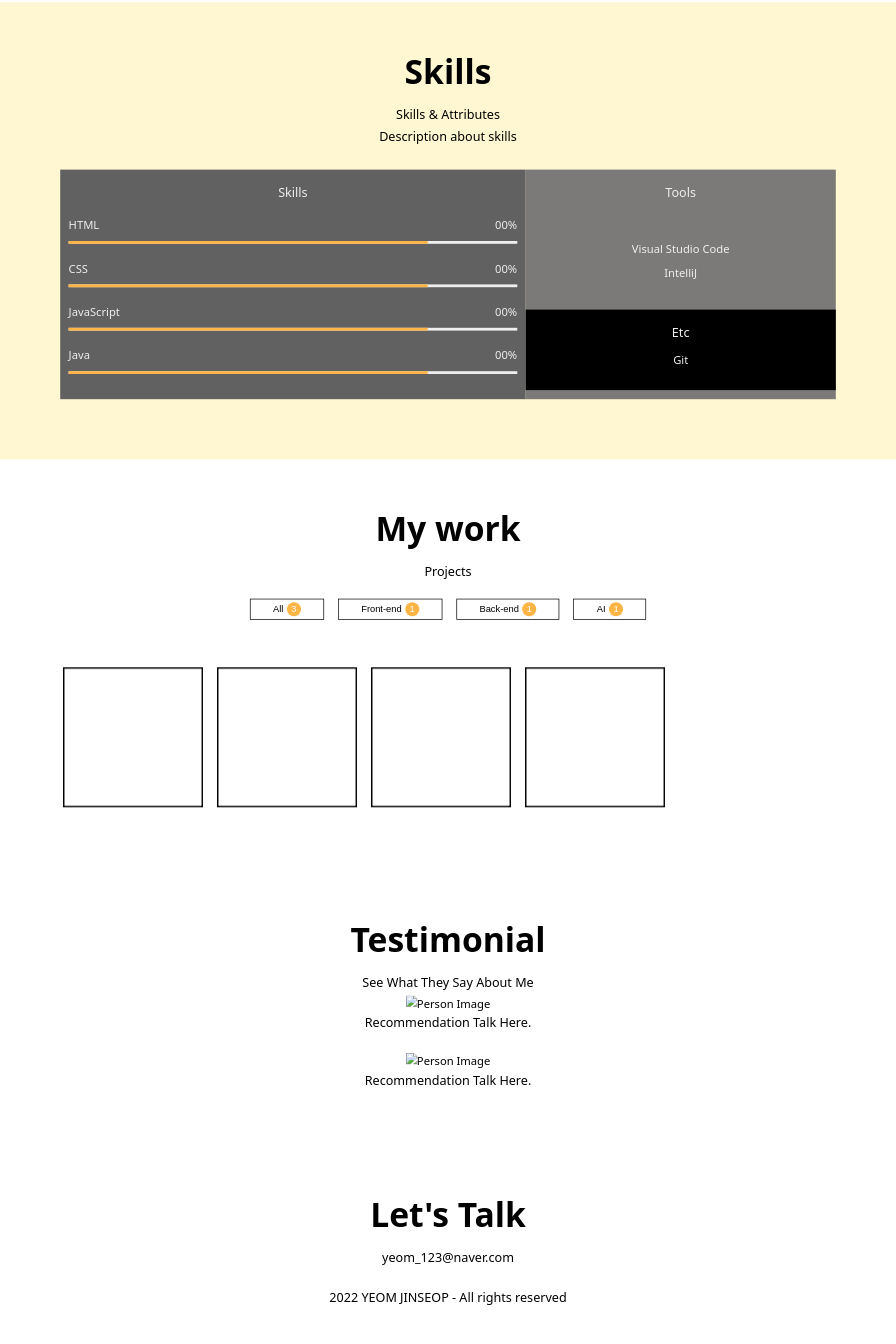
Repository: YEOMJINSEOP/yeomjinseop.github.io
Page: index.html
The author's editor kept a copy of each file at every save. The page is drawn from the files as they stood at one save, then again after the next save.
The browser window is 1280 px wide. The pictures show the part of the page from y = 1305 to 3225 px (the page is 3225 px tall before and 3165 px after), at 70% of full size.
Some web libraries are served in a nearby version.

Above is the page before, as saved 2022-08-14 18:15:30.

### index.html
<!DOCTYPE html>
<html lang="en">
<head>
  <meta charset="UTF-8">
  <meta http-equiv="X-UA-Compatible" content="IE=edge">
  <meta name="viewport" content="width=device-width, initial-scale=1.0">
  <title>Jinseop's Portfolio</title>
  <meta name="author" content="Jinseop Yeom">
  <meta name="description" content="Portfolio Website For Jinseop Yeom">

  <!--Logo Image-->
  <link rel="icon" type="image/png" href="images/favicon.png">


  <!--Font Awesome-->
  <script src="https://kit.fontawesome.com/d24b25bb21.js" crossorigin="anonymous"></script>

  <!--Google Fonts-->
  <link rel="preconnect" href="https://fonts.googleapis.com">
  <link rel="preconnect" href="https://fonts.gstatic.com" crossorigin>
  <link href="https://fonts.googleapis.com/css2?family=Open+Sans:wght@400;600;700&display=swap" rel="stylesheet">

  <!--CSS-->
  <link rel="stylesheet" href="style.css">

  <!--JavaScript-->
  <script src="main.js" defer></script>

</head>
<body>
  <!--Navbar-->
  <nav id="navbar">
    <div class="navbar__logo">
      <i class="fa-solid fa-utensils"></i>
      <a href="#">Yeom JinSeop</a>
    </div>
    <div>
      <ul class="navbar__menu">
        <li class="navbar__menu__item active">Home</li>
        <li class="navbar__menu__item">About</li>
        <li class="navbar__menu__item">Skill</li>
        <li class="navbar__menu__item">My work</li>
        <li class="navbar__menu__item">Testimonial</li>
        <li class="navbar__menu__item">Contact</li>
      </ul>
    </div>
  </nav>

  <!-- Home -->
  <section id="home" class="section">
    <img src="/images/whileimage.png" alt="Jinseop's image" class="home__avatar">
    <h1 class="home__title">Welcome! <br/> Jinseop's Portfolio</h1>
    <h3 class="home__description">Type Home Description Here.</h3>
    <button class="home__button">Contact Me</button>
  </section>

  <!--About-->
  <section id="about" class="section">
    <div class="section__container">
      <h1>About me</h1>
      <p>Wrtie about me here.</p>

      <div class="about__majors">
        <div class="about__majors">
        <div class="major">
          <div class="major__icon">
            <i class="fa-brands fa-html5"></i>
          </div>
          <div class="major__title">
            Front-end
          </div>
          <div class="major__description">
            description about Front-end
          </div>
        </div>

        <div class="major">
          <div class="major__icon">
            <i class="fa-solid fa-server"></i>
          </div>
          <div class="major__title">
            Back-end
          </div>
          <div class="major__description">
            description about Back-end
          </div>
        </div>


        <div class="major">
          <div class="major__icon">
            <i class="fa-brands fa-python"></i>
          </div>
          <div class="major__title">
            AI
          </div>
          <div class="major__description">
            description about AI
          </div>
        </div>
      </div>
    </div>

      <div class="about__jobs">
        <div class="job">
          <img src="" alt="job logo" class="job__logo">
          <div class="job__info">
            <p class="job__name">job name1</p>
            <p class="job__description">job description1</p>
          </div>
        </div>
        <div class="job">
          <img src="" alt="job logo" class="job__logo">
          <div class="job__info">
            <p class="job__name">job name1</p>
            <p class="job__description">job description1</p>
          </div>
        </div>
      </div>
    </div>
  </section>

  <!--Skills-->
  <section id="skills" class="section">
    <div class="section__container">
      <h1>Skills</h1>
    <h3>Skills & Attributes</h3>
    <p>Description about skills</p>
    <div class="skillset">
      <div class="skillset__left">
        <h3 class="skillset__title">Skills</h3>
        <div class="skill">
          <div class="skill__description">
            <span>HTML</span>
            <span>00%</span>
          </div>

          <div class="skill__bar">
            <div class="skill__value"></div>
          </div>
        </div>

        <div class="skill">
          <div class="skill__description">
            <span>CSS</span>
            <span>00%</span>
          </div>

          <div class="skill__bar">
            <div class="skill__value"></div>
          </div>

          <div class="skill">
            <div class="skill__description">
              <span>JavaScript</span>
              <span>00%</span>
            </div>

            <div class="skill__bar">
              <div class="skill__value"></div>
            </div>
          </div>
        </div>

        <div class="skill">
          <div class="skill__description">
            <span>Java</span>
            <span>00%</span>
          </div>

          <div class="skill__bar">
            <div class="skill__value"></div>
          </div>
        </div>
      </div>

      <div class="skillset__right">
        <div class="tools">
          <h3 class="skillset__title">Tools</h3>
          <ul class="tools__list">
            <li><span>Visual Studio Code</span></li>
            <li><span>IntelliJ</span></li>
          </ul>
        </div>

        <div class="etc">
          <h3 class="skillset__title">Etc</h3>
          <ul class="etc__list">
            <li><span>Git</span></li>
          </ul>
        </div>
      </div>
    </div>
    </div>
  </section>

  <!--Work-->
  <section id="work" class="section">
    <h1>My work</h1>
    <h3>Projects</h3>
    <div class="work__categories">
      <button class="category__btn">All<span class="category__count">3</span></button>
      <button class="category__btn">Front-end<span class="category__count">1</span></button>
      <button class="category__btn">Back-end<span class="category__count">1</span></button>
      <button class="category__btn">AI<span class="category__count">1</span></button>
    </div>

    <div class="work__projects">
      <a href="#" class="project" target="blank">
        <img src="images/whileimage.png" alt="project image" class="project__image">
        <div class="project__description">
          <h3>Project Name</h3>
          <span>Description about Project</span>
        </div>
      </a>

      <a href="#" class="project" target="blank">
        <img src="images/whileimage.png" alt="project image" class="project__image">
        <div class="project__description">
          <h3>Project Name</h3>
          <span>Description about Project</span>
        </div>
      </a>

      <a href="#" class="project" target="blank">
        <img src="images/whileimage.png" alt="project image" class="project__image">
        <div class="project__description">
          <h3>Project Name</h3>
          <span>Description about Project</span>
        </div>
      </a>

      <a href="#" class="project" target="blank">
        <img src="images/whileimage.png" alt="project image" class="project__image">
        <div class="project__description">
          <h3>Project Name</h3>
          <span>Description about Project</span>
        </div>
      </a>
    </div>
  </section>

  <!--Testimonial-->
  <section id="testimonial" class="section">
    <h1>Testimonial</h1>
    <h3>See What They Say About Me</h3>
    <div class="testimonials">
      <div class="testimonial">
        <img src="" alt="Person Image" class="testimonial__avatar">
        <div class="testimonial__speech_bubble">
          <p>Recommendation Talk Here.</p>
          <p class="name"><a href="#">Professor A</a></p>
        </div>
      </div>

      <div class="testimonial">
        <img src="" alt="Person Image" class="testimonial__avatar">
        <div class="testimonial__speech_bubble">
          <p>Recommendation Talk Here.</p>
          <p class="name"><a href="#">Professor A</a></p>
        </div>
      </div>
    </div>
  </section>

  <!--Contact-->
  <section id="contact" class="section">
    <h1>Let's Talk</h1>
    <h3>yeom_123@naver.com</h3>
    <div class="contact_links">
      <a href="#" target="blank">
        <i class = "fab fa-github"></i>
      </a>

      <a href="#" target="blank">
        <i class = "fa fa-linkedin-square"></i>
      </a>
    </div>
    <p class="contact_rights">
      2022 YEOM JINSEOP - All rights reserved
    </p>
  </section>
</body>
</html>

### style.css
 /* Global */

 :root{
  /* Color */
  --color-white: #ffffff;
  --color-light-white: #eeeeee;
  --color-dark-whtie: #bdbdbd;
  --color-pink: #fe918d;
  --color-dark-pink: #ff6863;
  --color-black: #4d4d4d;
  --color-grey: #616161;
  --color-light-gray: #7c7979;
  --color-blue: #73aace;
  --color-yellow: #fff7d1;
  --color-orange: #feb546;
  --color-black: #000000;

  /* Font size */
  --font-large: 48px;
  --font-medium: 28px;
  --font-regular: 18px;
  --font-small: 16px;
  --font-micro: 14px;


  /* Font Weight */
  --weight-bold: 700;
  --weight-semi-bold: 600;
  --weight-regular: 400;

  /* Size */
  --size-border-radius: 4px;

  /* Animation */
  --animation-duration: 300ms;

 }

 /* Universal tages */
 * {
  box-sizing: border-box;
 }

 body{
  margin: 0;
  font-family:system-ui, -apple-system, BlinkMacSystemFont, 'Segoe UI', Roboto, Oxygen, Ubuntu, Cantarell, 'Open Sans', 'Helvetica Neue', sans-serif;
  cursor: default;
}

 a{
  text-decoration: none;
  color: var(--color-white);
 }

 ul{
  list-style: none;
  padding-left: 0;
 }

 button{
  background-color: transparent;
  border: none;
  cursor: pointer;
 }



 /* Typography */

 h1{
  font-size: var(--font-large);
  font-weight: var(--weight-bold);
  color: var(--color-black);
  margin: 16px 0;
 }

 h2{
  font-size: var(--font-medium);
  font-weight: var(--weight-semi-bold);
  color: var(--color-black);
  margin: 8px 0;
 }

 h3{
  font-size: var(--font-regular);
  font-weight: var(--weight-regular);
  color: var(--color-black);
  margin: 8px 0;
 }

 p{
  font-size: var(--font-regular);
  font-weight:  var(--font-regular);
  color: var(--color-black);
  margin: 4px 0;
 }

 /* Body  */

 /* Nav */
 #navbar{
  display: flex;
  justify-content: space-between;
  align-items: center;
  background-color: var(--color-pink);
  color: var(--color-white);
  padding: 16px;
 }

 .navbar__logo{
  font-size: var(--font-medium);
  font-weight: var(--weight-semi-bold);
  padding: 8px 12px;
 }

 .navbar__menu{
  display: flex;
  font-size: var(--font-small);
  font-weight: var(--weight-regular);
 }

 .navbar__menu__item.active{
  border: 1px solid white;
 }

 .navbar__menu__item{
  padding: 8px 12px;
  margin: 0 4px;
  border-radius: var(--size-border-radius);
  cursor: pointer;
 }

 .navbar__menu__item:hover{
  background-color: var(--color-dark-pink);
 }

 /* Home */

 #home{
  background-color: var(--color-dark-pink);
  background-position: center;
  background-repeat: no-repeat;
  background-size: cover;
  padding: 40px;
  text-align: center;
 }

 .home__avatar{
  border: 2px solid var(--color-white);
  border-radius: 50%;
  width: 200px;
  height: 200px;
 }

 .home__title,
 .home__description{
  font-size: var(--font-medium);
  color: var(--color-white);
  padding: 4px;
 }

 .home__button{
  border: 1px solid var(--color-white);
  padding: 8px 12px;
  margin-top: 8px;
  color: var(--color-white);
 }

.home__button:hover{
  background-color: var(--color-dark-pink);
}

/* Section Common */
.section{
  padding: 50px;
  text-align: center;
}

.section__contatiner{
  max-width: 1200px;
}

/* About */

.about__majors{
  display: flex;
  justify-content: center;
  margin: 8px 12px;
  padding: 12px;
}

.major{
  margin: 8px 24px;
}

.major__icon{
  height: 200px;
  width: 200px;
  font-size: 100px;
  line-height: 200px;
  border: 2px solid var(--color-blue);
  border-radius: 50%;
  color: var(--color-blue);
  margin: 8px 12px;
  transition: all var(--animation-duration) linear;
}

.major__icon:hover{
  color: var(--color-orange);
  border-color: var(--color-orange);
}

.major__icon:hover i{
  transform: scale(120%);
}


.major__title {
  font-size: var(--font-regular);
  font-weight: var(--weight-semi-bold);
  color:var(--color-grey);
  margin: 8px;;
}

.major__description{
  font-size: var(--font-small);
  color: var(--color-grey);
}

.about__jobs{
  margin: 12px 0;
}

.job{
  display: flex;
  align-items: center;
}

.job__logo{
  padding: 8px;
  margin: 4px 12px;
}

.job__name{
  font-size: var(--font-small);
}

.job__description{
  font-size: var(--font-micro);
}

/* Skill */

#skills{
  background-color: var(--color-yellow);
}
.skillset{
  display: flex;
  justify-content: center;
  margin: 12px 12px;
  padding: 24px;
  color: var(--color-light-white);
}

.skillset__left{
  padding: 12px;
  flex-basis: 60%;
  background-color: var(--color-grey);
}

.skill{
  margin: 24px 0;
}

.skill__description{
  display: flex;
  justify-content: space-between;
}

.skillset__title{
  color: var(--color-light-white);
  margin: 8px 0;
}

.skill__bar{
  width: 100%;
  height: 4px;
  background-color: var(--color-light-white);
  margin: 12px 0;
}

.skill__value{
  width: 80%;
  /* width는 html에 style로 넣어서 각각 지정하기! */
  height: 4px;
  background-color: var(--color-orange);
}


.skillset__right{
  flex-basis:40%;
  background-color: var(--color-light-gray);
}

.tools{
  padding: 12px;
  height:200px;
}

.tools__list{
  padding: 30px 0;
}

.tools__list li{
  margin: 12px;
}


.etc{
  background-color: var(--color-black);
  height: 115px;
  padding: 12px;
}

/* Work */

.work__categories{
  margin: 24px 0 ;
}

.category__btn{
  border: 1px solid var(--color-black);
  background-color: var(--color-white);
  padding: 4px 32px;
  margin: 4px 8px;
}

.category__count{
  width:  20px;
  height: 20px;
  line-height: 20px;
  color: var(--color-white);
  margin-left: 5px;
  background-color: var(--color-orange);
  display: inline-block;
  border-radius: 50%;
}

.work__projects{
  display: flex;
  flex-wrap: wrap;
  align-items: center;
  padding: 30px;
}

.project__image{
  width: 100%;
  height: 100%;
}

.project{
  position: relative;
  width: 200px;
  height: 200px;
  margin: 10px;
}

.project__description{
  position: absolute;
  top:0px;
  left:0px;
  background-color: var(--color-black);
  width: 100%;
  height: 100%;
  display: flex;
  flex-direction: column;
  justify-content: center;
  opacity: 0;
  transition: all var(--animation-duration) ease-in;
}

.project__description h3{
  color: var(--color-white);
}

.project__description h3:after{
  content: " ";
  display: block;
  position: relative;
  left: 50%;
  width: 20px;
  height: 2px;
  margin-top: 8px;
  margin-left: -8px;
  background-color: var(--color-white);
}

.project__description:hover{
  opacity: 0.8;
}

Loaded but not shown: main.js (no copy from this time; the picture is the same without it)

After the next save:
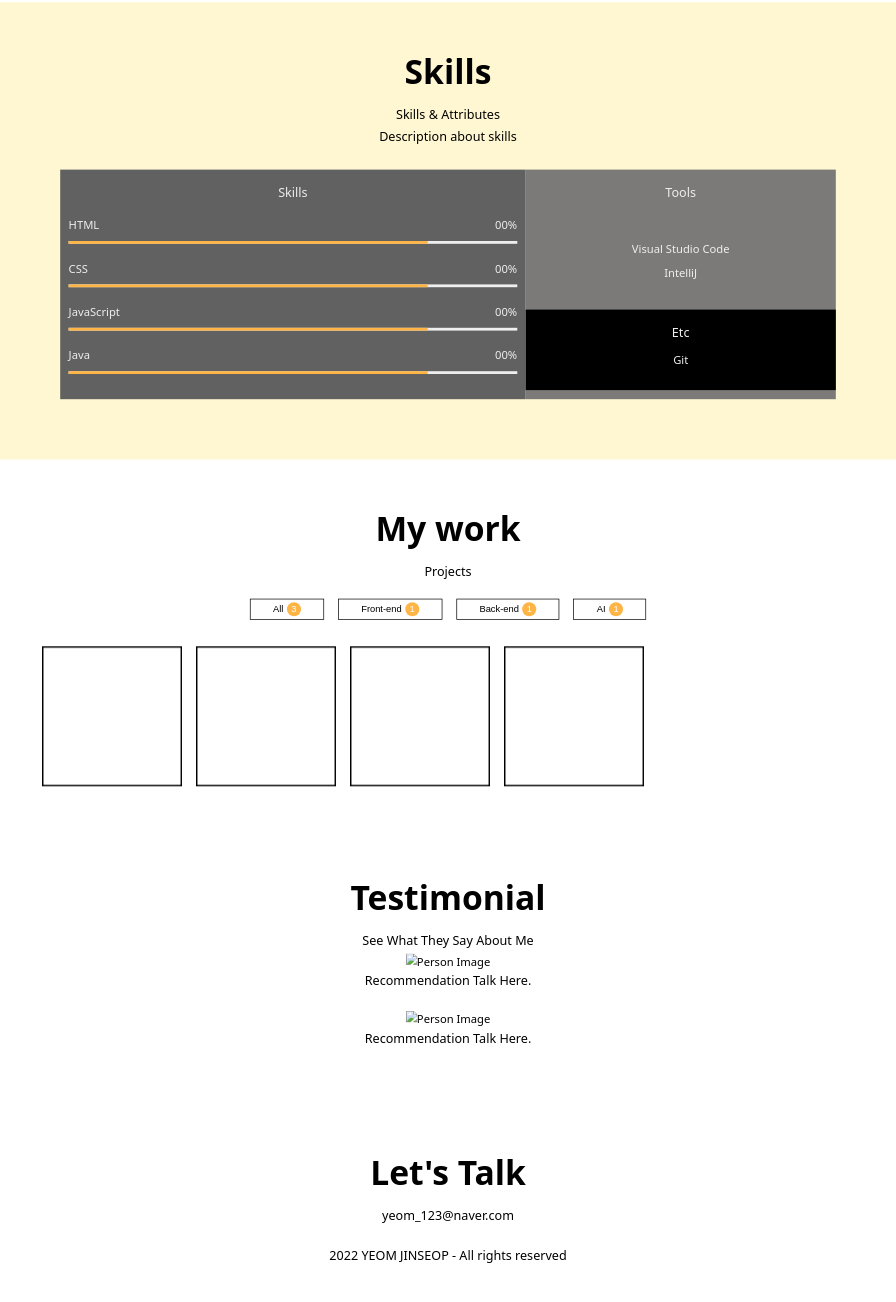
Saved 14 s later.
--- a/style.css
+++ b/style.css
@@ -350,7 +350,6 @@
   display: flex;
   flex-wrap: wrap;
   align-items: center;
-  padding: 30px;
 }
 
 .project__image{
